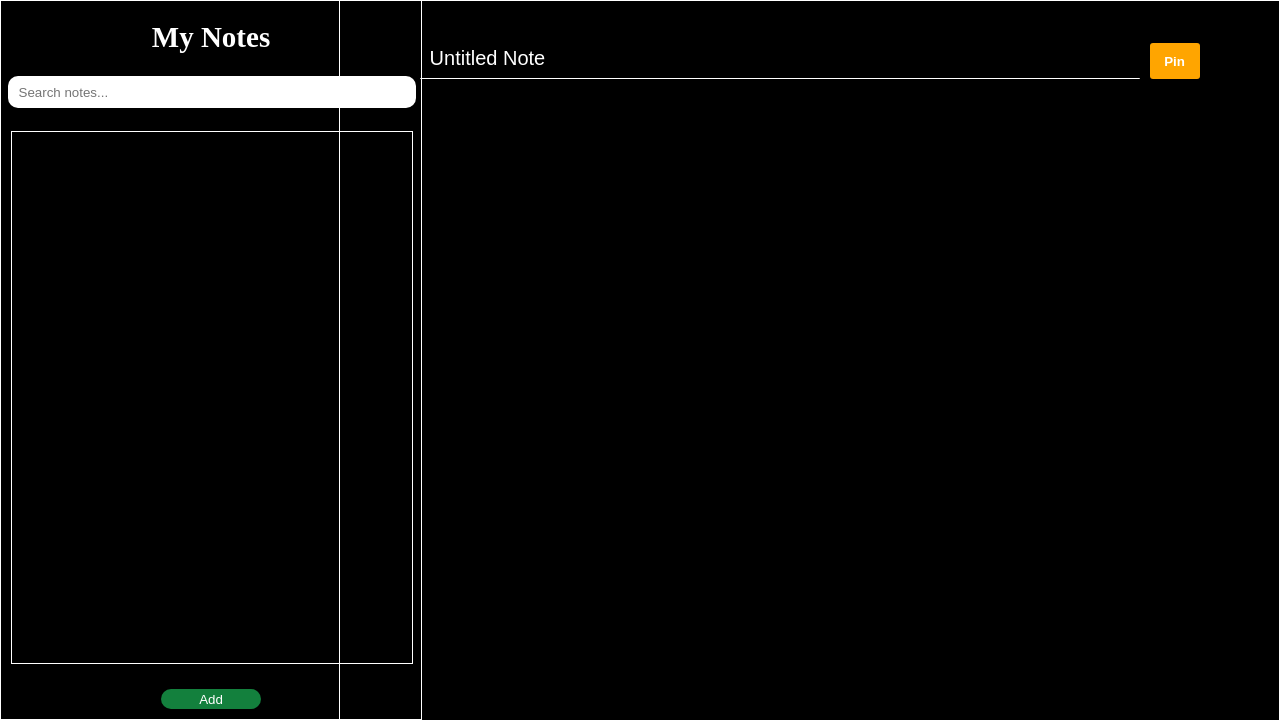
Repository: dmpelaez/myNotes
Page: QuickNotes.html
An editor plug-in stored every save of this project. The page is shown before and after the next save, followed by the edit.
The browser window is 1280 px wide. The pictures show the whole page.

Above is the page before, as saved 2025-12-18 21:16:02.

### QuickNotes.html
<!DOCTYPE html>

  <html>

    <head>

      <title>Quick Notes</title>

      <!--CSS LINK-->
      <link rel="stylesheet" href="QuickNotes.css">
    </head>
    <body>

      <!--Note section-->
      <aside class="aside-section">

        <!--My notes part-->
        <div class="myNotes">
          <p class="my-notes-text">My Notes</p>
        </div>
        <!--Search notes-->
        <div class="input-box">
          <input class="input" placeholder="Search notes...">
        </div>
        <!--Notes-->
        <div class="note-list"></div>
        <!--add button-->
        <button class="add-button">Add</button>

      </aside>

      <!---Typing section-->
      <main class="main-section">

        <!--Header-->
        <div class="header-section">
          <title>Title</title>
          <input class="title-notes" placeholder="Untitled Note">
          <button class="pin-btn">Pin</button>

        </div>

      </main>


    </body>

  </html>

### QuickNotes.css
body {
  margin: 0;
  padding: 0;
  background: black;
  box-sizing: border-box;
}
* {
  color: rgb(255, 255, 255);
}
.aside-section {
  border: 1px solid white;
  display: grid;
  width: 400px;
  position: fixed;
  bottom: 0;
  top: 0;
  grid-template-rows: 40px 30px 1fr 20px;
  padding: 10px;
  gap: 25px;

}

.my-notes-text {
  display: flex;
  margin: 0px;
  justify-self: center;
  align-self: center;
  margin-top: 10px;
}
.note-list {
  border: 1px solid white;
  width: 100%;
}

.my-notes-text {
  font-weight: bold;
  font-size: 29px;
}

.input {
  color: black;
  display: flex;
  align-self: center;
  justify-self: center;
  Width: 99%;
  height: 100%;
  border-radius: 10px;
  border: none;
  outline: none;
  padding-left: 10px;
  margin-left: 1px;
}
.input::placeholder {
  padding-left: 1px;

}

.add-button {
  width: 100px;
  display: flex;
  justify-self: center;
  background: rgb(19, 128, 61);
  border: none;
  border-radius: 10px;
  color: white;
  font-family: arial;
  align-items: center;
  justify-content: center;
  cursor: pointer;
}

.note-list {
  display: grid;
}

.main-section {
  position: fixed;
  left: 26.5%;
  border: 1px solid white;
  right: 0px;
  height: 100%;
  display: grid;
  grid-template-rows: 70px 1fr 100px;

}

.header-section {
  display: flex;
  justify-self: center;
  align-self: center;
  gap: 10px;
  margin-top: 50px;
}
.title-notes {
  width: 700px;
  padding: 10px;
  border-radius: 1px;
  background: none;
  border: none;
  border-bottom: 1px solid white;
  outline: none;

}

.title-notes::placeholder {
  color: white;
  font-family: arial;
  font-size: 20px;

}

.pin-btn {
  background: orange;
  border: none;
  border-radius: 3px;
  font-family: arial;
  font-weight: bold;
  width: 50px;
}

After the next save:
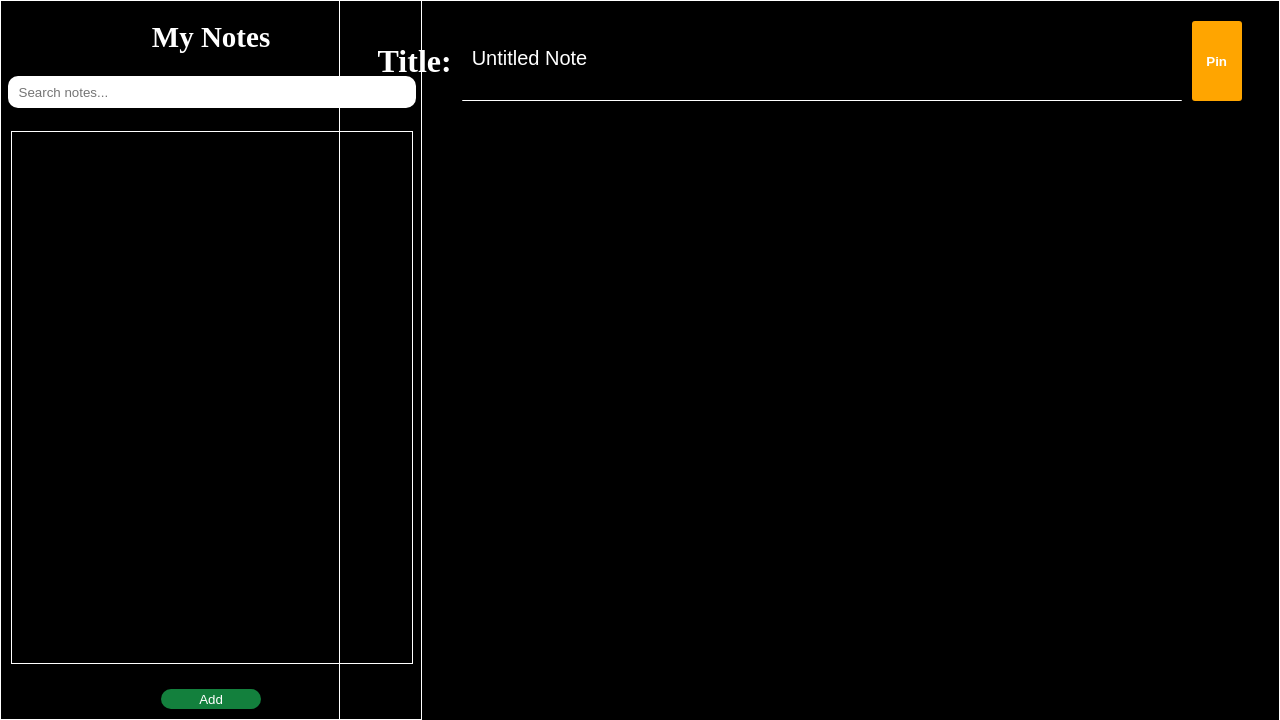
Saved 24 s later.
--- a/QuickNotes.html
+++ b/QuickNotes.html
@@ -34,7 +34,7 @@
 
         <!--Header-->
         <div class="header-section">
-          <title>Title</title>
+          <h1>Title:</h1>
           <input class="title-notes" placeholder="Untitled Note">
           <button class="pin-btn">Pin</button>
 
